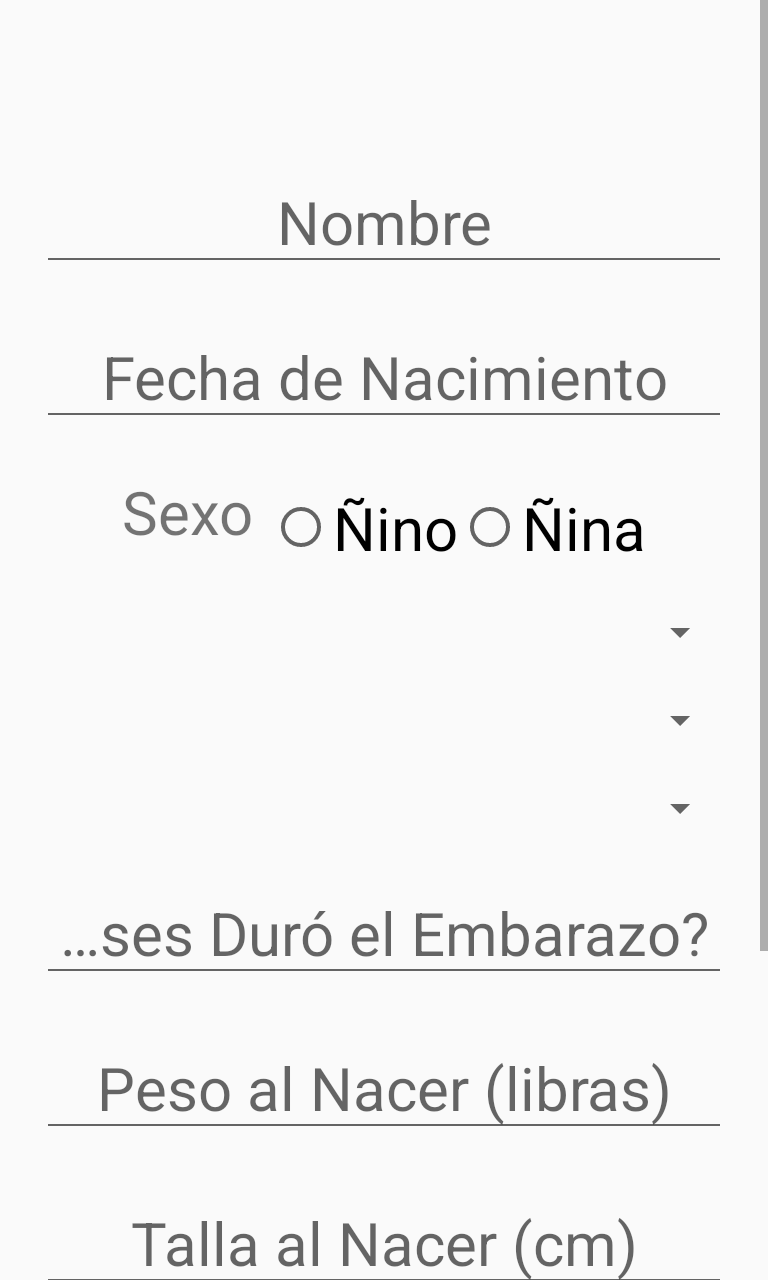
Repository: achavez812/GuatemalaProject2
Layout: GuateMedic-master/GuateMedic/res/layout/fragment_add_new_child.xml
These files come from the project's save history. The layout is drawn as it stood at one moment and after the next save; the edit follows.
It is drawn on a 768 x 1280 px phone screen (xhdpi) without system bars, with theme AppTheme; the app's code is not run.

Above is the layout before, as saved 2014-07-06 08:56:50.

### GuateMedic-master/GuateMedic/res/layout/fragment_add_new_child.xml
<?xml version="1.0" encoding="utf-8"?>
<ScrollView
     xmlns:android="http://schemas.android.com/apk/res/android"
     android:layout_width="match_parent"
     android:layout_height="match_parent">
	 <LinearLayout
	     android:layout_width="match_parent"
	     android:layout_height="wrap_content"
	     android:orientation="vertical"
	     android:gravity="center"
	     android:padding="20dp">

	     <TextView
	         android:id="@+id/add_new_child_family"
	         android:layout_width="wrap_content"
	         android:layout_height="wrap_content"
	         android:gravity="center"
	         android:textSize="30sp"
	         android:layout_marginBottom="20dp"/>

	     <EditText
	         android:id="@+id/add_new_child_name"
	         android:layout_width="match_parent"
	         android:layout_height="wrap_content"
	         android:gravity="center"
	         android:textSize="30sp"
	         android:hint="Nombre" />

	     <EditText
	         android:id="@+id/add_new_child_dob"
	         android:layout_width="match_parent"
	         android:layout_height="wrap_content"
	         android:gravity="center"
	         android:layout_marginTop="20dp"
	         android:textSize="30sp"
	         android:hint="Fecha de Nacimiento" />

		<LinearLayout
	        android:layout_width="match_parent"
	        android:layout_height="wrap_content"
	        android:layout_marginTop="20dp"
	        android:gravity="center_horizontal"
	        android:orientation="horizontal" >

	    	<TextView
		     	android:id="@+id/add_new_child_gender_title"
			    android:layout_width="wrap_content"
			    android:layout_height="wrap_content"
				android:textSize="30sp"
			    android:text="Sexo "
			    />

	    	<RadioGroup
	    	    android:id="@+id/add_new_child_gender"
			    android:layout_width="wrap_content"
			    android:layout_height="wrap_content"
			    android:layout_marginTop="8dp"
			    android:orientation="horizontal">

			    <RadioButton android:id="@+id/radio_male"
			        android:layout_width="wrap_content"
			        android:layout_height="wrap_content"
			        android:textSize="30sp"
			        android:text="Ñino"/>

			    <RadioButton android:id="@+id/radio_female"
			        android:layout_width="wrap_content"
			        android:layout_height="wrap_content"
			        android:textSize="30sp"
			        android:text="Ñina"/>

			</RadioGroup>

		</LinearLayout>



     <Spinner
         android:id="@+id/add_new_child_type_of_birth"
         android:layout_width="match_parent"
         android:layout_height="wrap_content"
         android:gravity="center"
         android:layout_marginTop="20dp"/>

     <Spinner
         android:id="@+id/add_new_child_num_children_in_same_pregnancy"
         android:layout_width="match_parent"
         android:layout_height="wrap_content"
         android:gravity="center"
         android:layout_marginTop="20dp" />

     <Spinner
         android:id="@+id/add_new_child_prenatal_care"
         android:layout_width="match_parent"
         android:layout_height="wrap_content"
         android:gravity="center"
         android:layout_marginTop="20dp" />

     <EditText
         android:id="@+id/add_new_child_months_gestated"
         android:layout_width="match_parent"
         android:layout_height="wrap_content"
         android:gravity="center"
         android:layout_marginTop="20dp"
         android:textSize="30sp"
         android:ellipsize="start"
         android:inputType="numberDecimal"
         android:hint="¿Cuántos Meses Duró el Embarazo?" />

     <EditText
         android:id="@+id/add_new_child_birth_weight"
         android:layout_width="match_parent"
         android:layout_height="wrap_content"
         android:gravity="center"
         android:layout_marginTop="20dp"
         android:textSize="30sp"
         android:ellipsize="start"
         android:inputType="numberDecimal"
         android:hint="Peso al Nacer (libras)" />

     <EditText
         android:id="@+id/add_new_child_birth_height"
         android:layout_width="match_parent"
         android:layout_height="wrap_content"
         android:gravity="center"
         android:layout_marginTop="20dp"
         android:textSize="30sp"
         android:ellipsize="start"
         android:inputType="numberDecimal"
         android:hint="Talla al Nacer (cm)" />

     <EditText
         android:id="@+id/add_new_child_youngest_sibling_dob"
         android:layout_width="match_parent"
         android:layout_height="wrap_content"
         android:gravity="center"
         android:layout_marginTop="20dp"
         android:textSize="30sp"
         android:hint="Fecha de Nacimiento del Último Nińo"
         />

     <Button
         android:id="@+id/add_new_child_button"
         android:layout_width="150dp"
         android:layout_height="50dp"
         android:layout_marginTop="30dp"
         android:gravity="center"
         android:textSize="30sp"
         android:text="Añadir el Ñino" />
 	</LinearLayout>
</ScrollView>

### GuateMedic-master/GuateMedic/res/values/styles.xml
<resources xmlns:android="http://schemas.android.com/apk/res/android">

    <!--
        Base application theme, dependent on API level. This theme is replaced
        by AppBaseTheme from res/values-vXX/styles.xml on newer devices.
    -->

    <!-- Application theme. -->
    <style name="AppTheme" parent="@style/Theme.AppCompat.Light.DarkActionBar">
        <!-- All customizations that are NOT specific to a particular API-level can go here. -->
    	<item name="android:typeface">sans</item>
        <item name="actionBarStyle">@style/MyActionBar</item>
    	<item name="android:actionBarStyle">@style/MyActionBar</item>
    	<item name="android:actionOverflowButtonStyle">@style/OverFlow</item>
    	<item name="android:popupMenuStyle">@style/MyPopupMenu</item>
    	<item name="popupMenuStyle">@style/MyPopupMenu</item>
        <item name="android:panelBackground">#004d6b</item>
         <item name="android:itemTextAppearance">@style/myCustomMenuTextApearance</item>

    </style>
       <style name="myCustomMenuTextApearance" parent="@android:style/TextAppearance.Widget.IconMenu.Item">
        <item name="android:textColor">#FFFFFF</item>
        <item name="android:textSize">20sp</item>

    </style>
    <style name="MyActionBar" parent="@style/Widget.AppCompat.Light.ActionBar.Solid.Inverse">
        <item name="android:background">#004d6b</item>
        <item name="android:titleTextStyle">@style/TitleText</item>



    </style>

    <style name ="MyPopupMenu" parent="android:Theme.Holo.Light">
        <item name="android:popupBackground">#004d6b</item>
    </style>

    <style name="OverFlow" parent="@android:style/Widget.Holo.ActionButton.Overflow">
    	<item name="android:src">@drawable/ic_action_overflow</item>
	</style>
    <style name="TitleText">
        <item name="android:textColor">#FFFFFF</item>
        <item name="android:typeface">sans</item>
        <item name="android:textSize">30sp</item>

    </style>
	<!--
	<style name="HomePage" parent="AppTheme">
	<item name="android:background"> @drawable/guatemala_home_bg </item>
	</style>
	    -->





</resources>

After the next save:
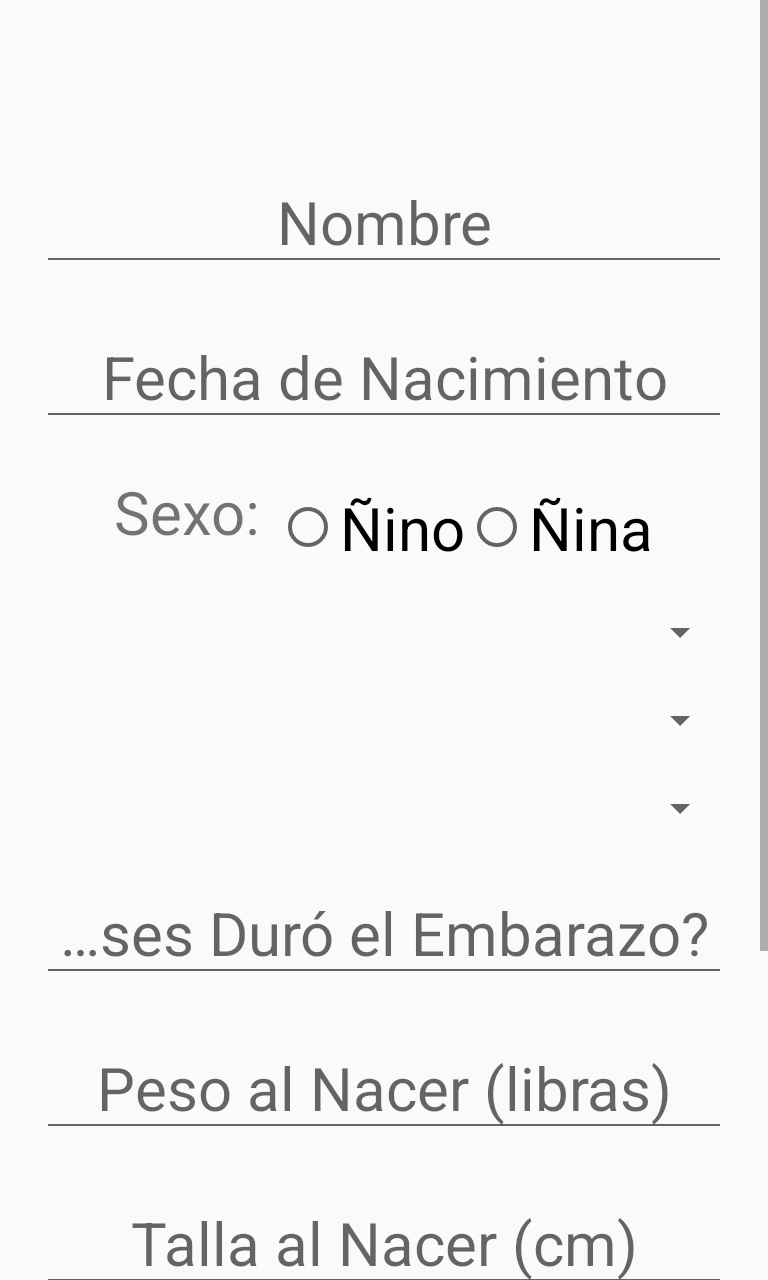
Saved 8 min 2 s later.
--- a/GuateMedic-master/GuateMedic/res/layout/fragment_add_new_child.xml
+++ b/GuateMedic-master/GuateMedic/res/layout/fragment_add_new_child.xml
@@ -47,7 +47,7 @@
 			    android:layout_width="wrap_content"
 			    android:layout_height="wrap_content"
 				android:textSize="30sp"
-			    android:text="Sexo "
+			    android:text="Sexo: "
 			    />
 
 	    	<RadioGroup
